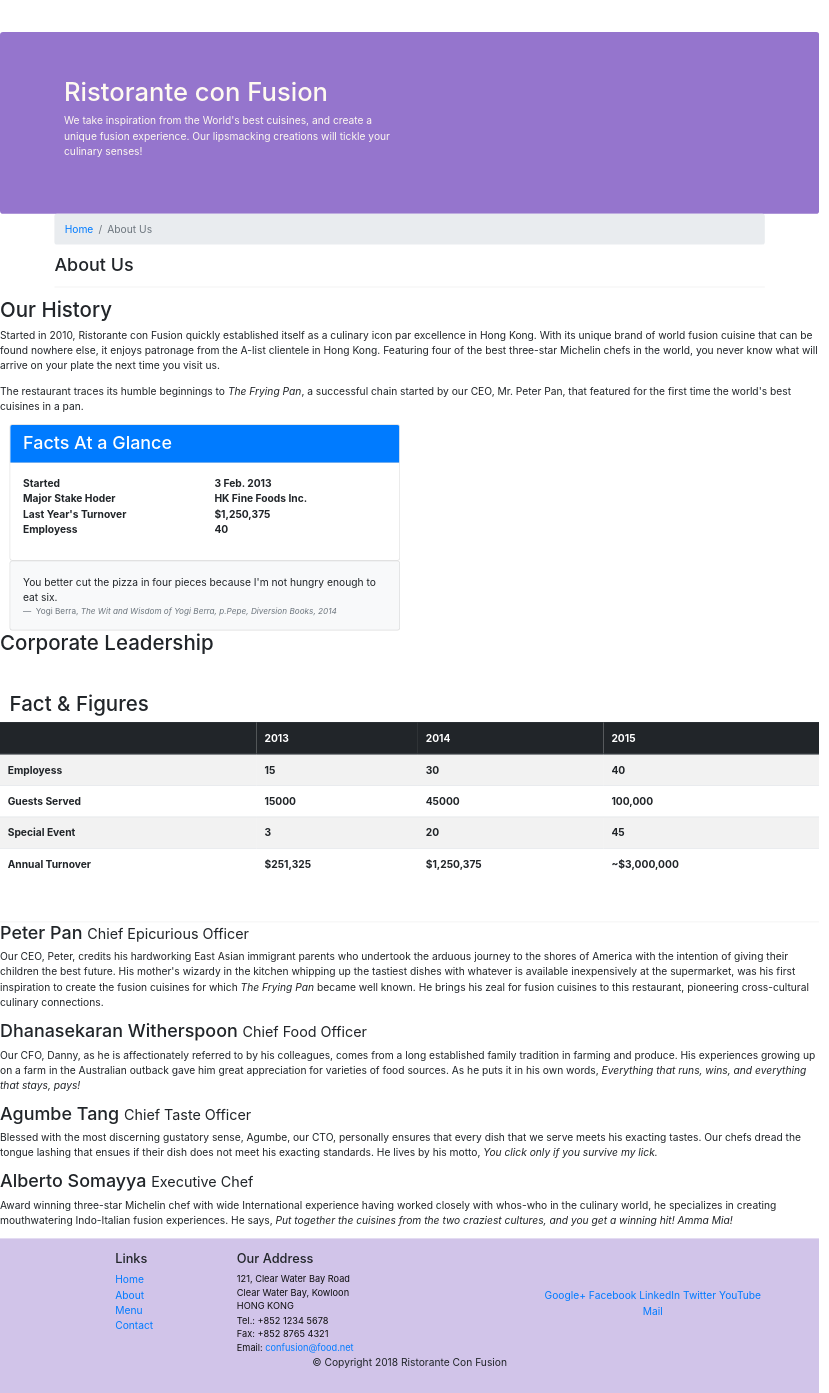
Repository: HwZau/conFusion
Page: aboutus.html
The author's editor kept a copy of each file at every save. The page is drawn from the files as they stood at one save, then again after the next save.
The browser window is 1280 px wide. The page is 1280 px wide, then 1295 px, so the pictures cover 1295 px, including what lies to the right of the window. The pictures show the whole page, at 64% of full size.

Above is the page before, as saved 2022-05-26 10:18:01.

After the next save:
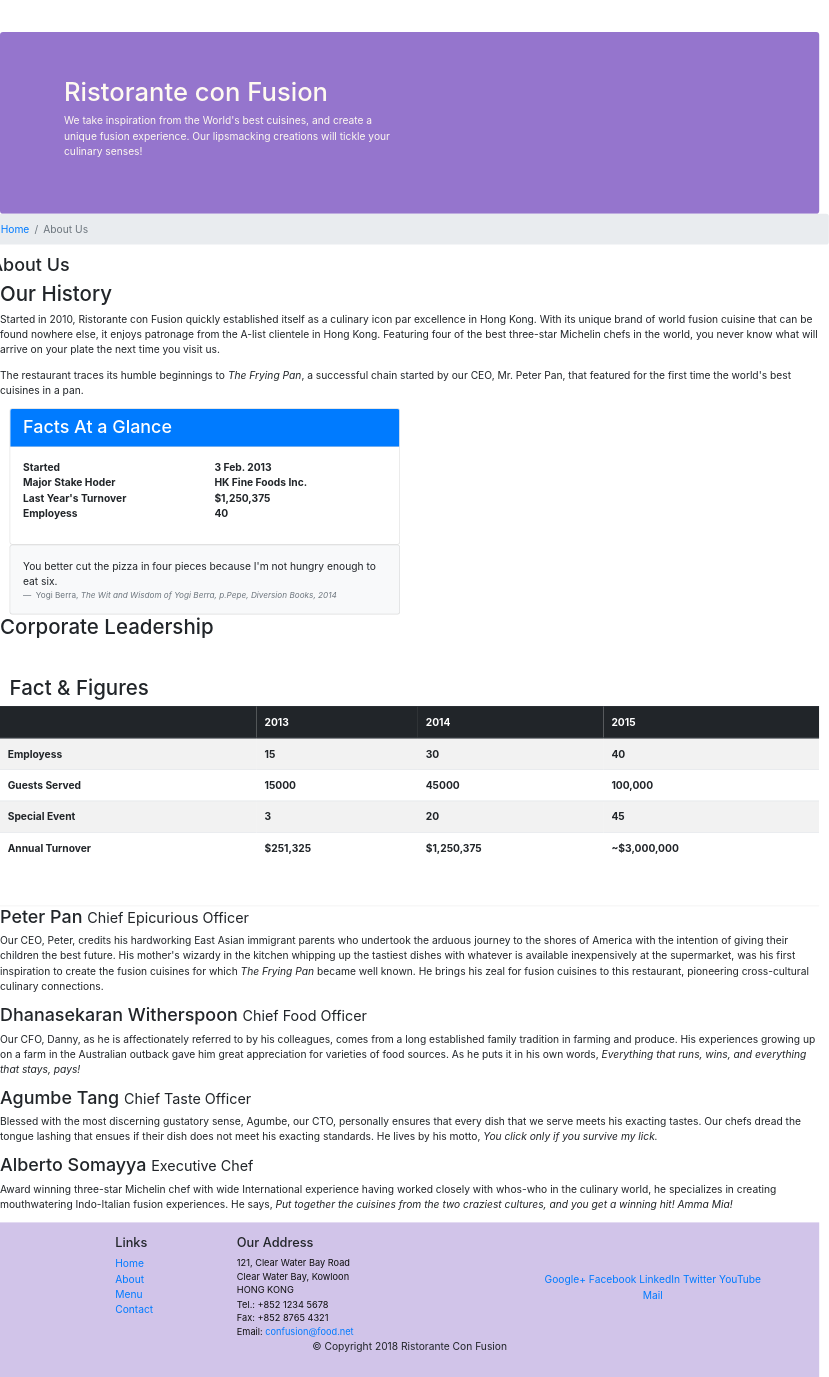
Saved 53 s later.
--- a/aboutus.html
+++ b/aboutus.html
@@ -34,7 +34,7 @@
 
   <div>
     <div>
-      <div class="container">
+      <div class="row">
         <ol class="col-12 breadcrumb">
           <li class="breadcrumb-item"><a href="./index.html">Home</a></li>
           <li class="breadcrumb-item active"><a>About Us</a></li>
